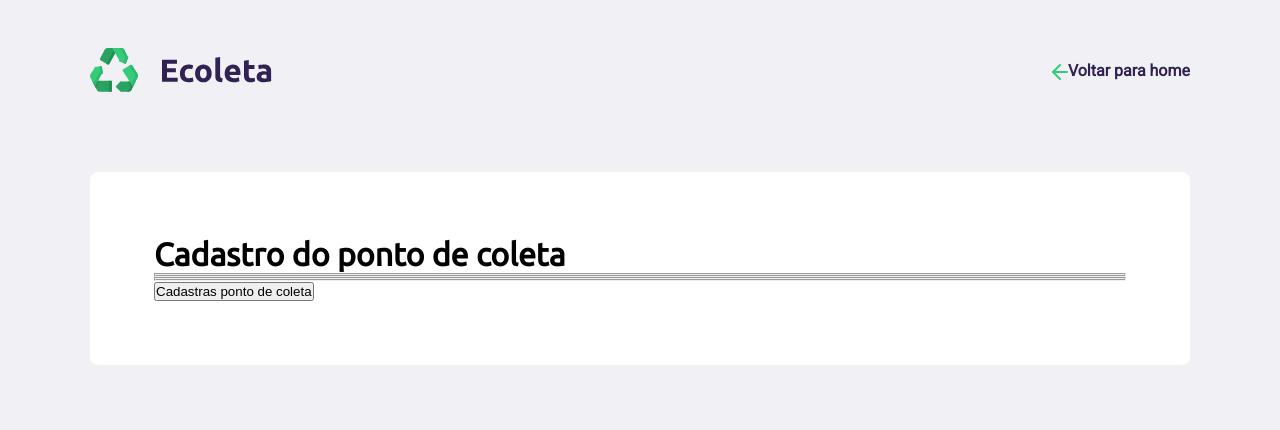
Repository: ivobass/NextLevelWeek
Page: create-point.html
The author's editor kept a copy of each file at every save. The page is drawn from the files as they stood at one save, then again after the next save.
The browser window is 1280 px wide. The pictures show the whole page.

Above is the page before, as saved 2020-06-02 23:15:46.

### create-point.html
<!DOCTYPE html>
<html lang="pt">

<head>
    <meta charset="UTF-8">
    <!--aceita caracteres especiais-->
    <meta name="viewport" content="width=device-width, initial-scale=1.0">
    <title>Criar um ponto de Ecoleta</title>

    <link href="https://fonts.googleapis.com/css2?family=Roboto&family=Ubuntu:wght:wght@300;700&display=swap" rel="stylesheet">
    <link rel="stylesheet" href="/styles/main.css">
    <link rel="stylesheet" href="/styles/create-point.css">

    <link rel="stylesheet" href="/styles/responsive.css">

</head>

<body>

    <div id="page-create-point">



        <header>
            <img src="/assets/logo.svg " alt="logomarca">
            <a href=""><span></span>Voltar para home </a>

        </header>
        <form action="">
            <h1>Cadastro do ponto de coleta</h1>

            <fieldset>

            </fieldset>

            <fieldset>


            </fieldset>

            <button type="submit">Cadastras ponto de coleta</button>

        </form>


    </div>




</body>

</html>

### styles/main.css
:root {
    --title-color: #322153;
    --primary-color: #34cb79;
}

* {
    margin: 0;
    padding: 0;
    box-sizing: border-box;
}

html {
    font-family: Roboto, sans-serif;
}

body {
    background-color: #f0f0f5;
    -webkit-font-smoothing: antialiased;
}

a {
    text-decoration: none;
}

h1,
h2,
h3,
h4,
h5,
h6 {
    --title-color: #322153;
    font-family: 'Ubuntu', sans-serif;
}


/* BOX MODEL
modelo de caixas
        toda caixa tem:
        largura, altura, espaçamento, prenchimento,
        bordas, cor, fundo, maneira como é vista por html (display)
posicionamento, alinhamentos.
        */

### styles/create-point.css
#page-create-point {
    width: 90%;
    max-width: 1100px;
    /* alinhamento da caixa por o lado de fora da caixa */
    /* height: 100%; */
    margin: 0 auto;
    /* display: flex;
    flex-direction: column; */
}

#page-create-point header {
    margin-top: 48px;
    display: flex;
    align-items: center;
    justify-content: space-between;
}

#page-create-point header a {
    display: flex;
    color: var( --title-color);
    font-weight: bold;
    align-items: center;
}

#page-create-point header a span {
    margin-left: 16px;
    display: flex;
    background-image: url('/assets/arrow-left.svg');
    display: flex;
    width: 20px;
    height: 20px;
}

form {
    background-color: white;
    margin: 80px auto;
    /* prenchimento */
    padding: 64px;
    border-radius: 8px;
    min-width: 730px;
}

### styles/responsive.css
@media(max-width: 900px) {
    #page-home {
        background-position-x: 70vw;
    }
    #page-home .content {
        align-items: center;
        text-align: center;
    }
    #page-home header a {
        position: absolute;
        bottom: 48px;
        left: 50%;
        transform: translateX(-50%);
    }
    #page-home main {
        align-items: center;
    }
}

@media(min-width: 1700px) {
    #page-home {
        background-position-x: 40vw;
    }
}

@media(max-heigth: 760px) {
    #page-home {
        background-position-y: 1000px;
    }
}

### assets/arrow-left.svg
<svg xmlns="http://www.w3.org/2000/svg" width="24" height="24" viewBox="0 0 24 24" fill="none" stroke="#34CB79" stroke-width="2" stroke-linecap="round" stroke-linejoin="round" class="feather feather-arrow-left"><line x1="19" y1="12" x2="5" y2="12"></line><polyline points="12 19 5 12 12 5"></polyline></svg>

After the next save:
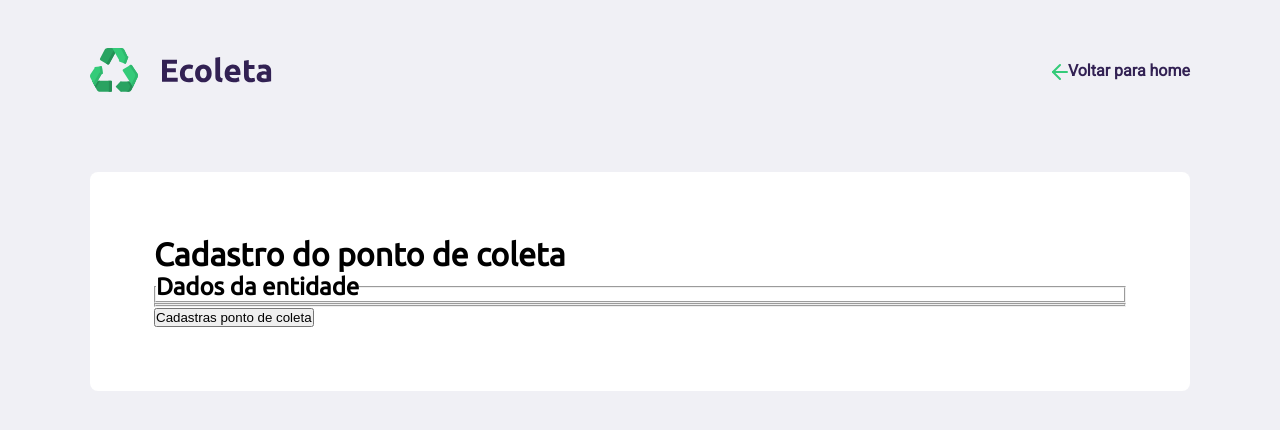
Saved 17 s later.
--- a/create-point.html
+++ b/create-point.html
@@ -30,7 +30,9 @@
             <h1>Cadastro do ponto de coleta</h1>
 
             <fieldset>
-
+                <legend>
+                    <h2>Dados da entidade</h2>
+                </legend>
             </fieldset>
 
             <fieldset>
